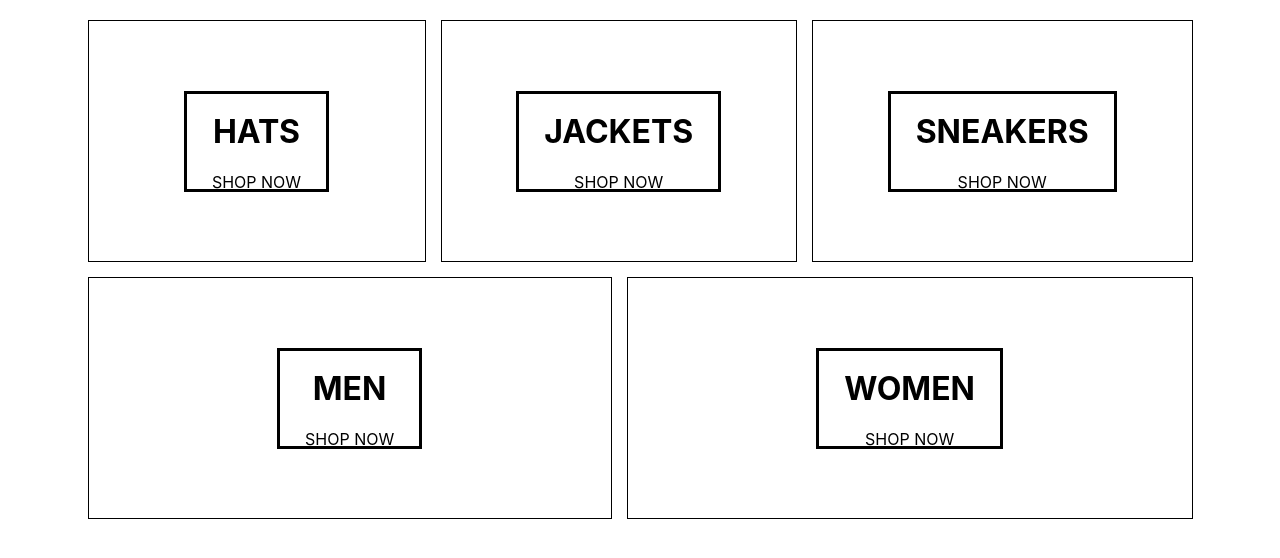
Repository: nepfri/crwn-clothing
Page: /
These files come from the project's save history. The page is drawn as it stood at one moment and after the next save; the edit follows.
The browser window is 1280 px wide. The pictures show the whole page.
The project was rebuilt for these pictures with package versions that can differ from the ones it lists, and the page was loaded fresh each time. Also part of the build but not shown: src/App.css.

Above is the page before, as saved 2021-10-13 14:02:40.

After the next save:
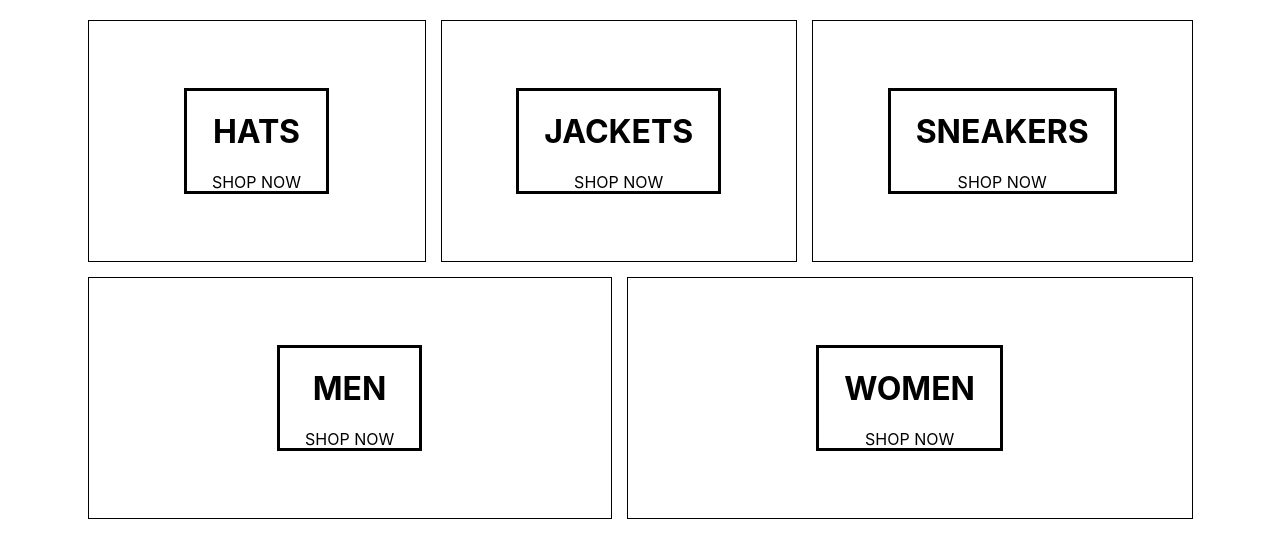
Saved 8 s later.
--- a/src/homepage.styles.scss
+++ b/src/homepage.styles.scss
@@ -31,7 +31,7 @@
   }
 
   .content {
-    height: 95px;
+    height: 100px;
     padding: 0 25px;
     display: flex;
     flex-direction: column;
